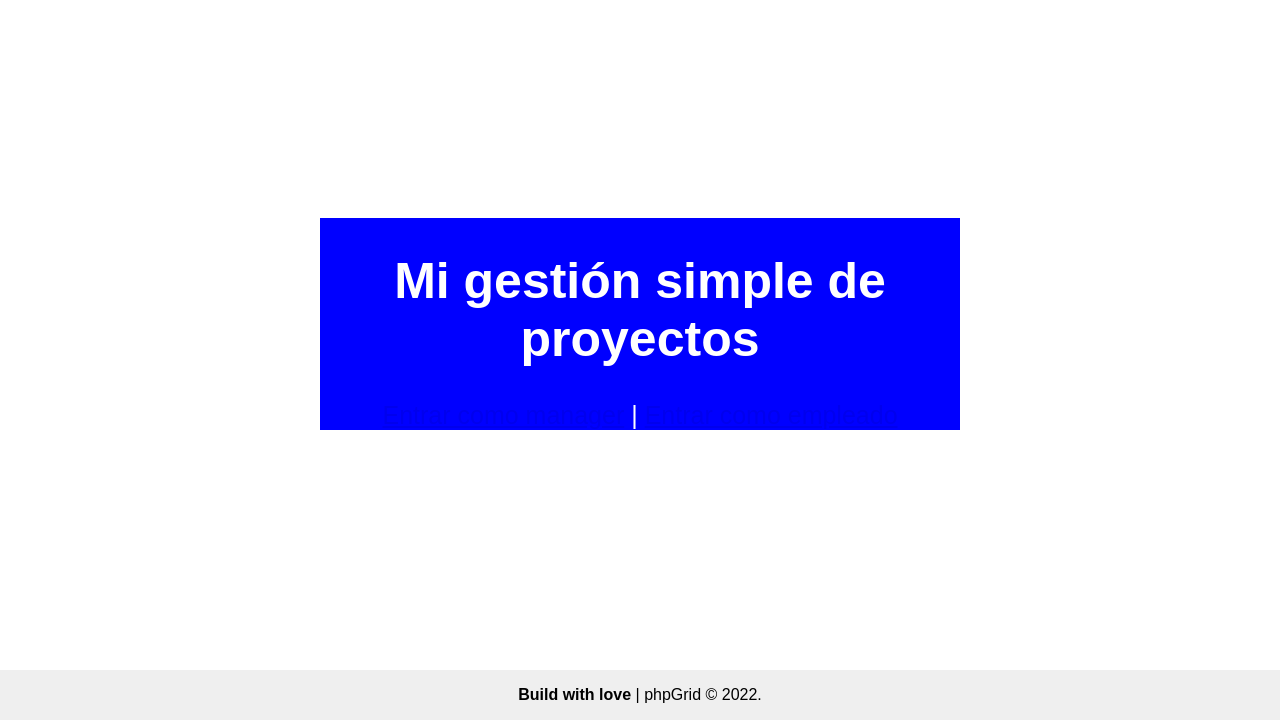
Repository: RaquelAlvarezz/free
Page: http://localhost/php/
The author's editor kept a copy of each file at every save. The page is drawn from the files as they stood at one save, then again after the next save.
The browser window is 1280 px wide. The pictures show the whole page.
The page is run by PHP 8.4 with error messages shown; the project is at /var/www/html/.

Above is the page before, as saved 2022-01-20 08:42:08.

After the next save:
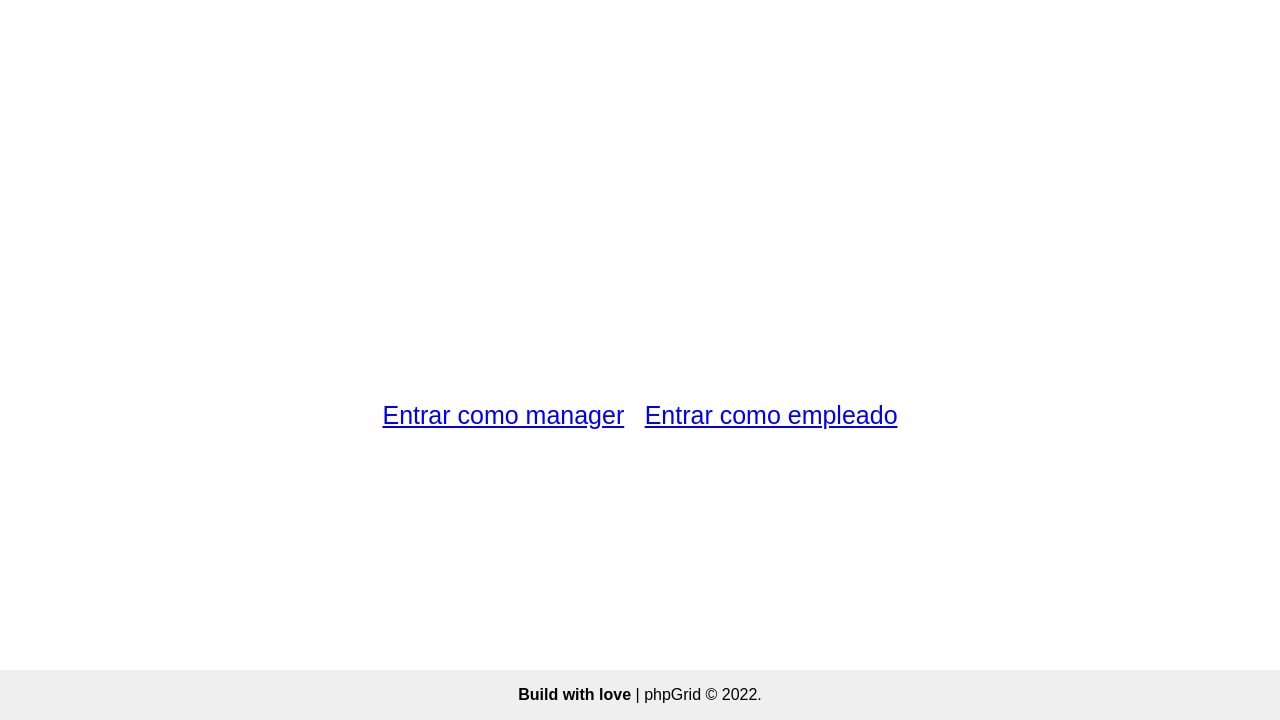
Saved 114 s later.
--- a/index.php
+++ b/index.php
@@ -3,7 +3,7 @@
 <head>
 	<title>Mi gestión simple de proyectos| phpGrid</title>
 </head>
-<body background-color:blue>
+<body>
 
 <style>
 .centered {
@@ -16,7 +16,7 @@
     font-size: 25px;
     font-family: Arial;
     color:white;
-    background-color:blue;
+
 }
 .footer {
   position: fixed;
